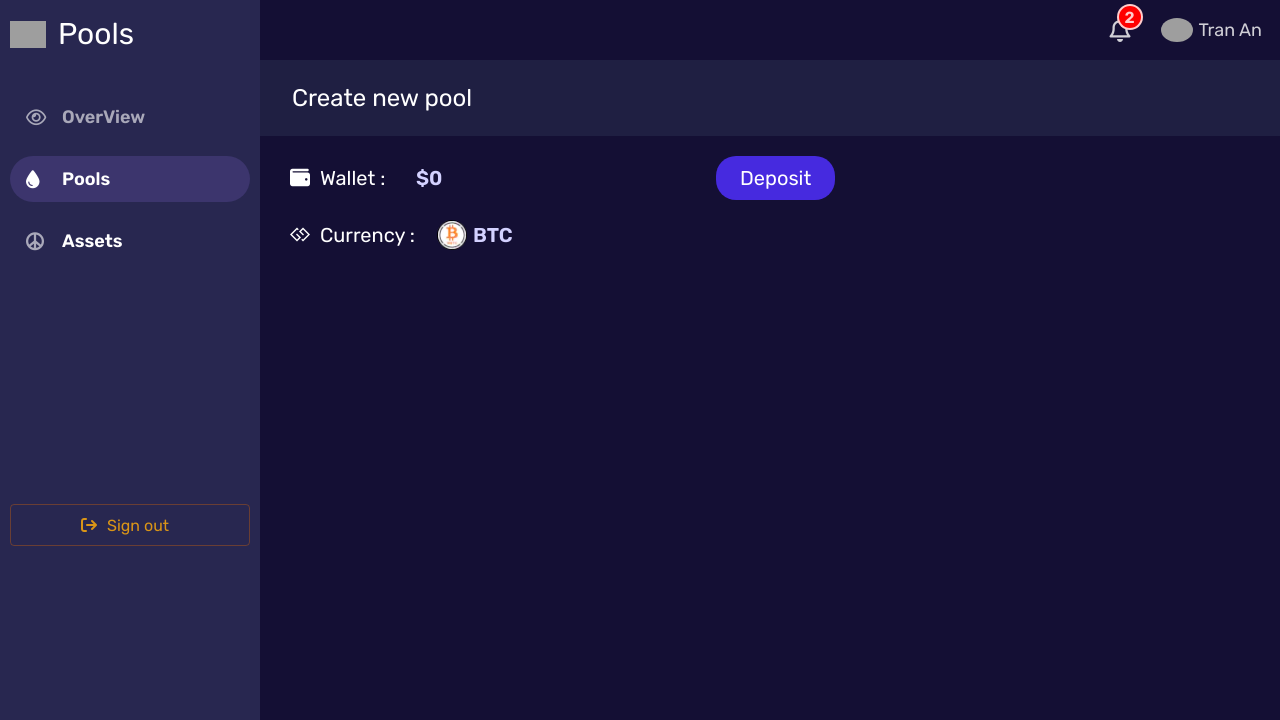
Repository: quynh232000/pools
Page: pool/create-pool.html
These files come from the project's save history. The page is drawn as it stood at one moment and after the next save; the edit follows.
The browser window is 1280 px wide. The pictures show the whole page.
Pictures or frames that could not be fetched are drawn as grey boxes.

Above is the page before, as saved 2023-07-14 00:54:05.

### pool/create-pool.html
<!DOCTYPE html>
<html lang="en">
  <head>
    <meta charset="UTF-8" />
    <meta name="viewport" content="width=device-width, initial-scale=1.0" />
    <title>Create Pool</title>

    <link rel="stylesheet" href="../src/css/base.css" />
    <link rel="stylesheet" href="../src/css/style.css" />
    <link rel="stylesheet" href="../src/css/pool.css" />
    <link rel="stylesheet" href="../src/css/create-pool.css" />
    <link
      rel="stylesheet"
      href="https://cdnjs.cloudflare.com/ajax/libs/font-awesome/6.4.0/css/all.min.css"
      integrity="sha512-iecdLmaskl7CVkqkXNQ/ZH/XLlvWZOJyj7Yy7tcenmpD1ypASozpmT/E0iPtmFIB46ZmdtAc9eNBvH0H/ZpiBw=="
      crossorigin="anonymous"
      referrerpolicy="no-referrer"
    />
  </head>
  <body>
    <div class="container">
      <div class="sidebar">
        <div class="sidebar-logo">
          <img src="https://sef-eco.vercel.app/assets/images/logo.png" alt="" />
          <span>Pools</span>
        </div>
        <div class="sidebar-items">
          <div class="sidebar-list">
            <div class="sidebar-item">
              <i class="fa-regular fa-eye"></i>
              <div class="sidebar-item-name">OverView</div>
            </div>
            <div class="sidebar-item sidebar-item-active">
              <i class="fa-solid fa-droplet"></i>
              <a href="/pool.html" class="sidebar-item-name">Pools</a>
            </div>
            <div class="sidebar-item">
              <i class="fa-solid fa-peace"></i>
              <a href="/index.html" class="sidebar-item-name">Assets</a>
            </div>
          </div>

          <div class="sidebar-sign-out">
            <i class="fa-solid fa-arrow-right-from-bracket"></i>
            <div class="sidebar-item-name">Sign out</div>
          </div>
        </div>
      </div>
      <div class="content">
        <div class="header">
          <div class="header-noti">
            <i class="fa-regular fa-bell"></i>
            <div class="header-noti-count">2</div>
          </div>
          <div class="header-user">
            <img
              src="https://static.vecteezy.com/system/resources/previews/002/002/257/original/beautiful-woman-avatar-character-icon-free-vector.jpg"
              alt=""
            />
            <div class="header-user-name">Tran An</div>
          </div>
        </div>
        <!-- body -->
        <div class="content-title">Create new pool</div>
        <div class="create-body">
          <div class="create-item">
            <i class="fa-solid fa-wallet"></i>
            <div class="create-item-title">Wallet :</div>
            <span>$0</span>
            <div class="create-btn">Deposit</div>
          </div>
          <div class="create-item">
            <i class="fa-brands fa-gg"></i>
            <div class="create-item-title">Currency :</div>
            <div class="create-select-type-money">
              <div class="type-money-item">
                <img src="../src/img/btc.png" alt="" />
                <div class="type-money-name">BTC</div>
              </div>
              <div class="type-money-more">
                <div class="type-money-item">
                  <img src="../src/img/eth.png" alt="" />
                  <div class="type-money-name">ETH</div>
                </div>
                <div class="type-money-item">
                  <img src="../src/img/btc.png" alt="" />
                  <div class="type-money-name">BTC</div>
                </div>
                <div class="type-money-item">
                  <img src="../src/img/eth.png" alt="" />
                  <div class="type-money-name">ETH</div>
                </div>
              </div>
            </div>
          </div>
        </div>
      </div>
    </div>
  </body>
</html>

### src/css/base.css
@import url('https://fonts.googleapis.com/css2?family=Rubik:wght@300;400;500;600;700&display=swap');
 :root{
    --primary-color:#fff;
    --text-color:#fff;
    --text-1-color:rgb(211, 209, 255);
    --bg-color:#140f34;
    --bg-item-color:#282750;

 }
*{
    box-sizing: inherit;
}
html,body{
    box-sizing: border-box;
    margin: 0;
    padding: 0;
    font-family: 'Rubik', sans-serif;
    color: var(--text-color);
}
a{
    color:  white;
    text-decoration: none;
}

### src/css/style.css
.container{
    width: 100%;
    min-height: 100vh;
    background-color: var(--bg-color);
    display: flex;
}
.sidebar{
    width: 20%;
    min-width: 260px;
    max-width: 400px;
    display: flex;
    flex-direction: column;
    min-height: 100vh;
    background-color: var(--bg-item-color);
}
.sidebar-logo{
    display: flex;
    width: 100%;
    align-items: center;
    padding: 16px 10px;
}
.sidebar-logo img{
    width: 15%;
}
.sidebar-logo span{
    font-size: 30px;
    color: var(--primary-color);
    margin-left: 12px;

}
.sidebar-items{
    padding: 26px 10px;
    display: flex;
    flex-direction: column;
    justify-content: space-between;
    min-height: 70vh;
}
.sidebar-list{

}
.sidebar-item{
    font-size: 18px;
    display: flex;
    align-items: center;
    padding: 12px 16px;
    border-radius: 40px;
    color: rgb(255 255 255/.6);
    margin-bottom: 16px;
    font-weight: 600;
    transition: color .3s;
}
.sidebar-item:hover{
    cursor: pointer;
    color: rgb(255 255 255/.8);
}
.sidebar-item-active{
    background-color:#3c356d ;
    color: var(--text-color);
}
.sidebar-item i{
    min-width: 36px;
}
.sidebar-sign-out{
    display: flex;
    align-items: center;
    color: rgb(218, 149, 23);
    text-align: center;
    border: 1px solid rgba(202, 98, 12,.4);
    justify-content: center;
    padding-right: 10px;
    border-radius: 4px;
    transition: color border .3s;
}
.sidebar-sign-out:hover{
    cursor: pointer;
    color: rgb(253, 166, 5);
    border: 1px solid rgba(202, 98, 12,.5);
}
.sidebar-sign-out i{
    margin-right: 10px;
    padding: 12px 0;
}

.content{
    width: 85%;
    min-height: 100vh;
    /* background-color: var(--bg-color); */
}
.header{
    display: flex;
    justify-content: flex-end;
    padding: 18px;
    color: rgb(255 255 255/.8);
    align-items: center;
}
.header-user{
    display: flex;
    align-items: center;
    font-size: 18px;

}
.header-user img {
    width: 32px;
    border-radius: 50%;
    margin-right: 6px;
}
.header-noti{
    display: flex;
    margin-right: 30px;
    font-size: 20px;
    position: relative;
    font-size: 24px;
}
.header-noti-count{
    width: 26px;
    height: 26px;
    position: absolute;
    top: -14px;
    left: 7px;
    border: 2px solid  rgb(255 255 255/.8);
    text-align: center;
    border-radius: 50%;
    font-size: 16px;
    display: flex;
    align-items: center;
    justify-content: center;
    background-color: var(--bg-color);
    background-color: red;
    font-weight: 600;

}
.content-title{
    background-color: #1f1f42;
    padding: 24px 32px;
    font-size: 24px;
}
.content-list{
    display: flex;
    flex-direction: column;
    align-items: center;
    padding: 0 40px;
}
.content-list-body{
    width: 100%;
    margin-top: 20px;

}
.content-nav{
    width: 100%;
    display: flex;
    justify-content: space-between;
    padding: 12px 26px;
    margin: 10px 0;
    transition: background-color .2s ;
}
.content-nav:hover{
    background-color: #2d2d44;
}
.nav-left{
    width: 50%;
    display: flex;
    align-items: center;
    justify-content: space-between;
    font-size: 22px;

}
.nav-left-info{
    display: flex;
    align-items: center;
}
.nav-left-info img{
    width: 32px;
    margin-right: 8px;
}
.nav-left-name{
    font-size: 22px;
}
.nav-left-balance{
    display: flex;
    flex-direction: column;
    align-items: center;
    flex: 1;
}
.nav-left-balance span:nth-child(2){
    font-size: 20px;
    color: #a8a8a8;
}


.nav-right{
    width: 40%;
    display: flex;
    justify-content: space-between;
    align-items: center;
    color: #b3b1fd;
}
.nav-right span{
    transition: color .3s;
}
.nav-right span i{
    font-size: 16px !important;
    margin-left: 4px;
}
.nav-right span:hover{
    color:#f8c2b0;
    cursor: pointer;
}
.nav-text{
    color: #b3b1fd;
    font-size: 20px;
}
.nav-right .nav-tex:hover{
    color: #b3b1fd !important;
    cursor: no-drop;
}

### src/css/pool.css
.p-content-body{
    width: 100%;
    display: flex;
    flex-wrap: wrap;
    padding: 20px 10px;
}
.content-item-wrapper{
    width: 33.333%;
    padding: 10px ;
}
.p-content-item{
    border-radius: 6px;
    background-color: var(--bg-item-color);
    padding: 14px;
    transition: background-color .3s ease;
}
.p-content-item:hover{
    background-color: #2e2e60;
}
.p-content-item-top{
    display: flex;
    align-items:flex-start;

}
.p-content-item-img{
    margin-right: 6px;
}
.p-content-item-top-info{
    display: flex;
    flex-direction: column;
}
.p-content-item-top-info span{
    padding-top: 4px;
}
.p-content-item-top-info p{
    margin: 4px 0 10px 0;
    color: #a7a3a3;
}
.p-content-item-bottom{
    display: flex;
}
.p-item-type{
    margin-right: 10px;
    padding: 0 8px;
    text-align: center;
}
.p-item-type:first-child{
    border-right: 1px solid gray;
    padding-right: 16px;
}
.p-item-type span{
    font-size: 14px;
    color: #a7a3a3;
    /* font-weight: 600; */
}
.p-item-type p{
    margin: 0;
}
.add-pool{
    display: flex;
    flex-direction: column;
    align-items: center;
    font-size: 20px;
    min-height: 122px;
    justify-content: center;
}
.add-pool i{
    font-size: 26px;
    margin-bottom: 6px;
}

### src/css/create-pool.css
.create-body{
    width: 100%;
    display: flex;
    flex-direction: column;
    padding: 20px 30px;
}
.create-item{
    display: flex;
    font-size: 20px;
    align-items: center;
    margin-bottom: 20px;
}
.create-item-title{
    margin: 0 16px 0 10px;
    min-width: 80px;

}
.create-item span{
    color: var(--text-1-color);
    min-width: 300px;
    font-weight: 600;
}
.create-btn{
    background-color: rgb(70, 42, 223);
    padding: 10px 24px;
    border-radius: 20px;
    display: flex;
    justify-content: center;
    align-items: center;
    transition: background-color .3s ease;
}
.create-btn:hover{
    background-color: #6a67ea;
    cursor: pointer;
}
.create-select-type-money{
    position: relative;
    margin-left: 6px;
}
.create-select-type-money::before{
    position: absolute;
    content: "";
    top: 100%;
    width: 120%;
    height: 20px;
    /* background-color: red; */
}
.create-select-type-money:hover .type-money-more{
    display: block;
}
.type-money-item{
    display: flex;
    align-items: center;
}
.type-money-item img{
    width: 30px;
    height: 30px;
    object-fit: cover;
    margin-right: 6px;
}
.type-money-name{
    color: var(--text-1-color);
    font-weight: 600;
}
.type-money-more{
    display: none;
    position: absolute;
    background-color: var(--bg-item-color);
    border-radius: 6px;
    top: 150%;
    left: -14px;
    animation: fadeIn .5s ease;
}
@keyframes fadeIn{
    from{
        opacity: 0;
        transform: translateY(40px);
    }to{
        opacity: 1;
        transform: translateY(0);
    }
}
.type-money-more .type-money-item{
    /* margin: 8px; */
    border-radius: 6px;
    padding: 10px 26px;
    transition: background-color .3s ease;
}
.type-money-more .type-money-item:hover{
    background-color: rgb(75, 73, 114);
    cursor: pointer;
}

After the next save:
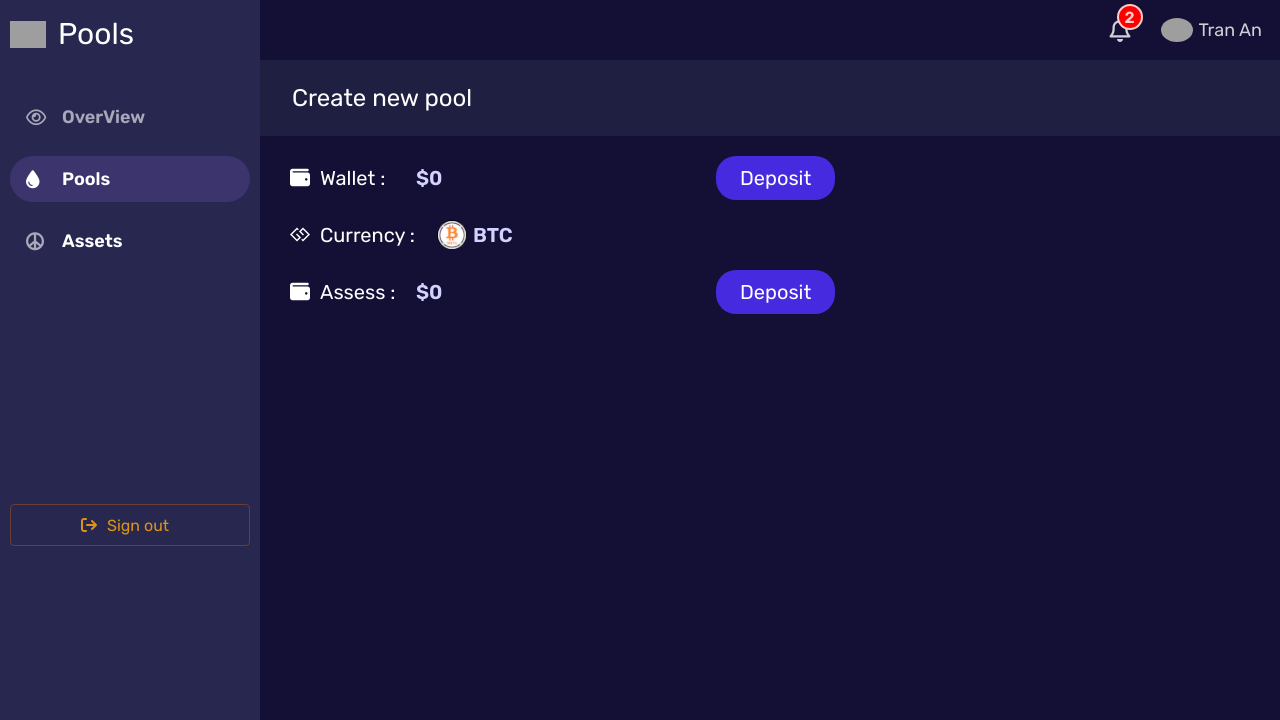
Saved 2 min 2 s later.
--- a/pool/create-pool.html
+++ b/pool/create-pool.html
@@ -69,6 +69,7 @@
             <span>$0</span>
             <div class="create-btn">Deposit</div>
           </div>
+
           <div class="create-item">
             <i class="fa-brands fa-gg"></i>
             <div class="create-item-title">Currency :</div>
@@ -93,6 +94,13 @@
               </div>
             </div>
           </div>
+
+          <div class="create-item">
+            <i class="fa-solid fa-wallet"></i>
+            <div class="create-item-title">Assess :</div>
+            <span>$0</span>
+            <div class="create-btn">Deposit</div>
+          </div>
         </div>
       </div>
     </div>
